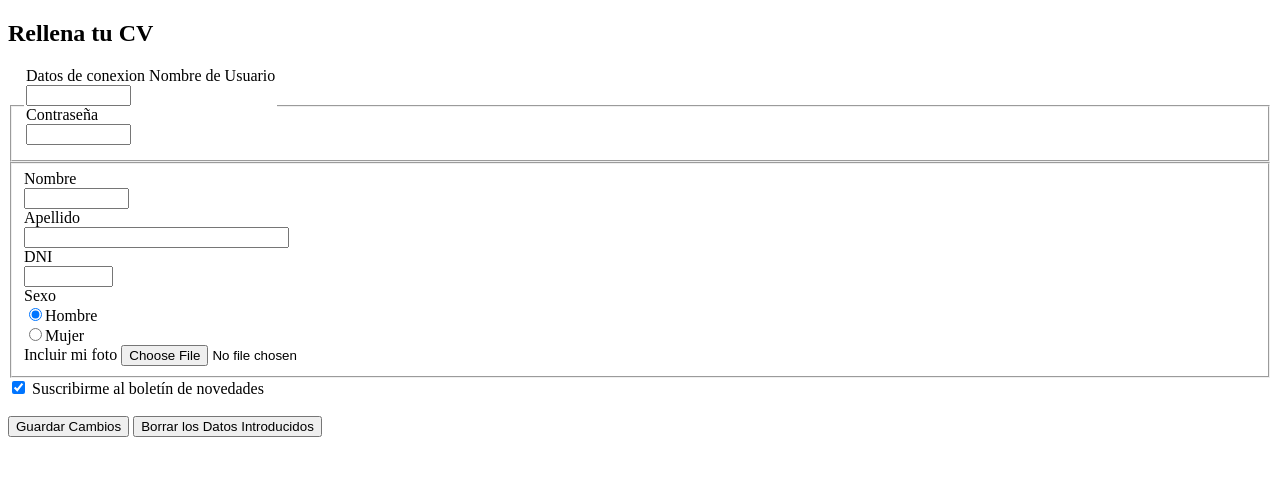
Repository: GonzaDelgado/JavaProjects
Page: modulo_html/WebContent/Form_avanzado.html
These files come from the project's save history. The page is drawn as it stood at one moment and after the next save; the edit follows.
The browser window is 1280 px wide. The pictures show the whole page.

Above is the page before, as saved 2021-02-08 14:57:33.

### modulo_html/WebContent/Form_avanzado.html
<!DOCTYPE html>
<html>
<head>
<meta charset="UTF-8">
<title>Formulario Avanzado</title>
</head>
<body>
	<h2>Rellena tu CV</h2>
	<form action=".." method="post" enctype="multipart/form-data">
	<fieldset><legend>Datos de conexion
	<label for="nombre_usuario">Nombre de Usuario</label> <br/>
	<input type ="text" size="10" name="nombre_usuario" value="" maxlength="30"/><br>
	<label for="psw">Contraseña</label> <br/>
	<input type ="password" size="10" name="psw" value="" maxlength="10"/><br>
	</legend></fieldset>
	<fieldset>
	<label for="nombre">Nombre</label> <br/>
	<input type ="text" size="10" name="nombre" value="" maxlength="30"/><br>
	<label for="apellido">Apellido</label> <br/>
	<input type ="text" size="30" name="apellido" value="" maxlength="80"/><br>
	<label for="dni">DNI</label> <br/>
	<input type="text" size="8" name="dni" value="" maxlength="10"/><br>
	<label for="sexo">Sexo</label> <br/>
	<input type="radio" name="sexo" value="hombre" checked="checked"/><label for="hombre">Hombre</label> <br/>
	<input type="radio" name="sexo" value="mujer"/><label for="mujer">Mujer</label> <br/>
	<label for="adjunto">Incluir mi foto</label> <input type="file" name="adjunto" /><br>
	</legend></fieldset>
	<input name="suscripcion_boletin" type="checkbox" value="suscripcion_boletin" checked="checked"/>
	<label for="suscripcion_boletin">Suscribirme al boletín de novedades</label> <br/><br>
	<input type="submit" name="guardar_cambios" value="Guardar Cambios">
	<input type="reset" name="limpiar" value="Borrar los Datos Introducidos">

	</form>
</body>
</html>

After the next save:
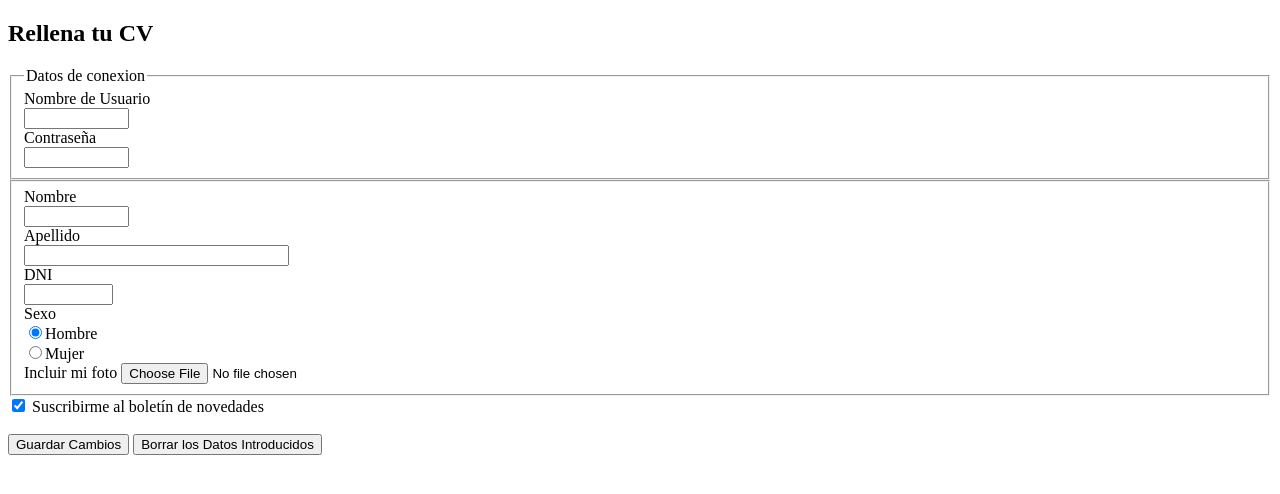
Saved 14 s later.
--- a/modulo_html/WebContent/Form_avanzado.html
+++ b/modulo_html/WebContent/Form_avanzado.html
@@ -7,12 +7,12 @@
 <body>
 	<h2>Rellena tu CV</h2>
 	<form action=".." method="post" enctype="multipart/form-data">
-	<fieldset><legend>Datos de conexion
+	<fieldset><legend>Datos de conexion</legend>
 	<label for="nombre_usuario">Nombre de Usuario</label> <br/>
 	<input type ="text" size="10" name="nombre_usuario" value="" maxlength="30"/><br>
 	<label for="psw">Contraseña</label> <br/>
 	<input type ="password" size="10" name="psw" value="" maxlength="10"/><br>
-	</legend></fieldset>
+	</fieldset>
 	<fieldset>
 	<label for="nombre">Nombre</label> <br/>
 	<input type ="text" size="10" name="nombre" value="" maxlength="30"/><br>
